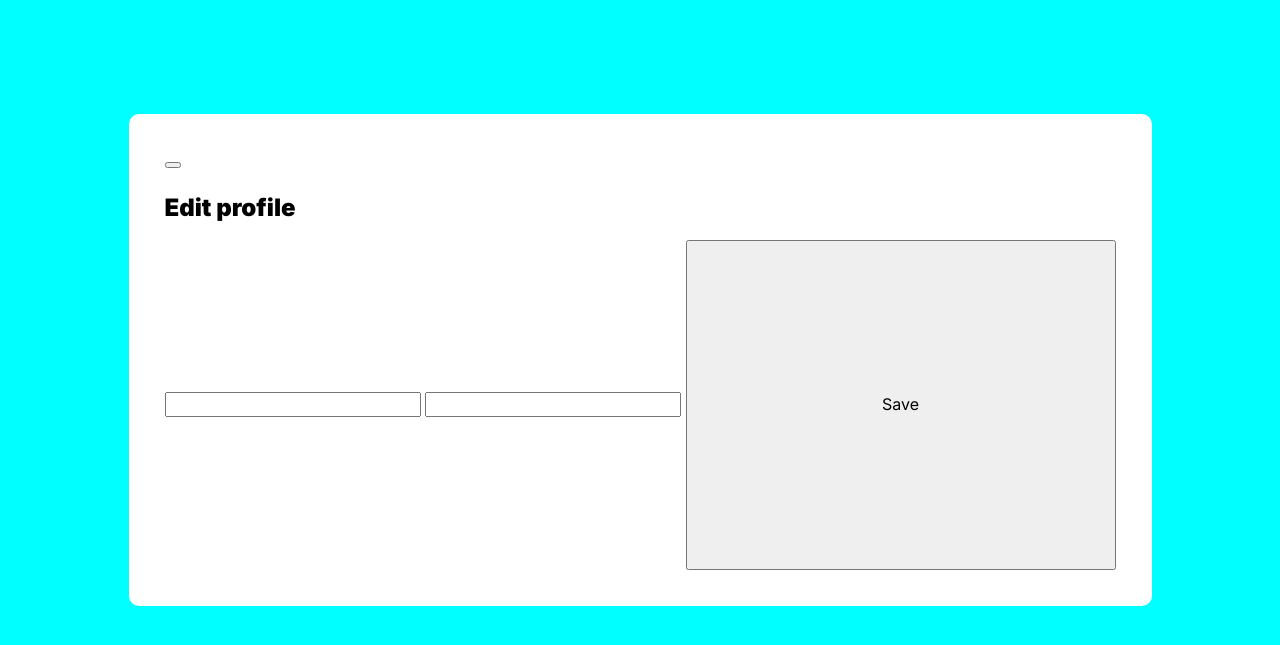
Repository: luisbaezx/se_project_aroundtheus
Page: index.html
The author's editor kept a copy of each file at every save. The page is drawn from the files as they stood at one save, then again after the next save.
The browser window is 1280 px wide. The pictures show the window.
A layer covers the whole window, so only the first screen is drawn.

Above is the page before, as saved 2024-09-15 14:58:23.

After the next save:
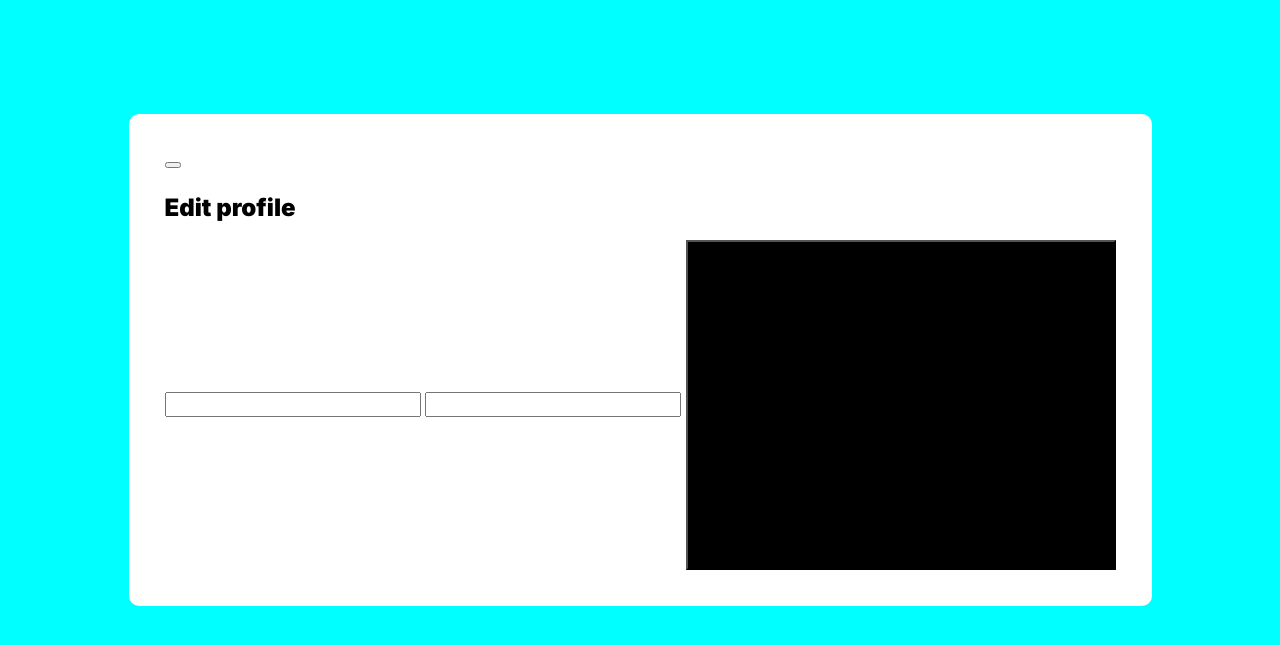
Saved 20 s later.
--- a/blocks/modal.css
+++ b/blocks/modal.css
@@ -39,5 +39,5 @@
   gap: 0px;
   border: 1px 0px 0px 0px;
   opacity: 0px;
-  color: black;
+  background-color: black;
 }
